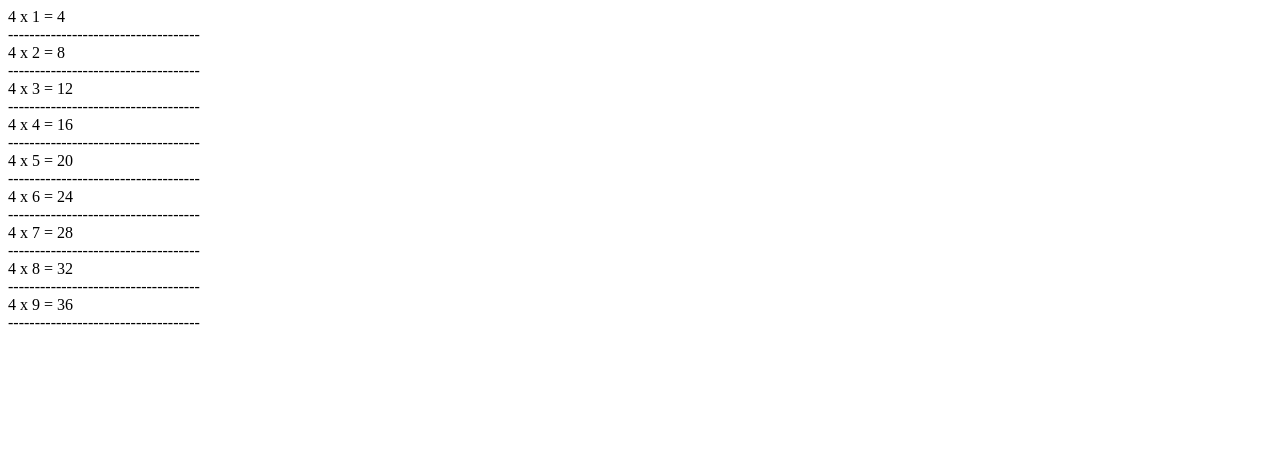
Repository: bbseok97/HTML
Page: http://localhost/jspbasic/01.scriptlet02.jsp
These files come from the project's save history. The page is drawn as it stood at one moment and after a run of saves; the edit follows.
The browser window is 1280 px wide. The pictures show the whole page.
The page is served by Tomcat 9. Other server files are loaded and not shown.

Above is the page before, as saved 2024-04-04 07:18:39.

### jspbasic/src/main/webapp/01.scriptlet02.jsp
<%@ page language="java" contentType="text/html; charset=UTF-8"
    pageEncoding="UTF-8"%>
<!DOCTYPE html>
<html>
	<head>
		<meta charset="UTF-8">
		<title>01.scriptlet02.jsp</title>
	</head>
	<body>
		<%
		//	ou.tprintln(), break를 사용하여 구구단 4단
		int i = 1;
		while(true){
			out.println(" 4 x "+i+" = "+4*i+"<br>");
			//out.println("=============================<br>");
		%>
		------------------------------------<br>
		<%
			if(i == 9){
				break;
			}
			i++;
		}
		%>
	</body>
</html>

After the next 3 saves:
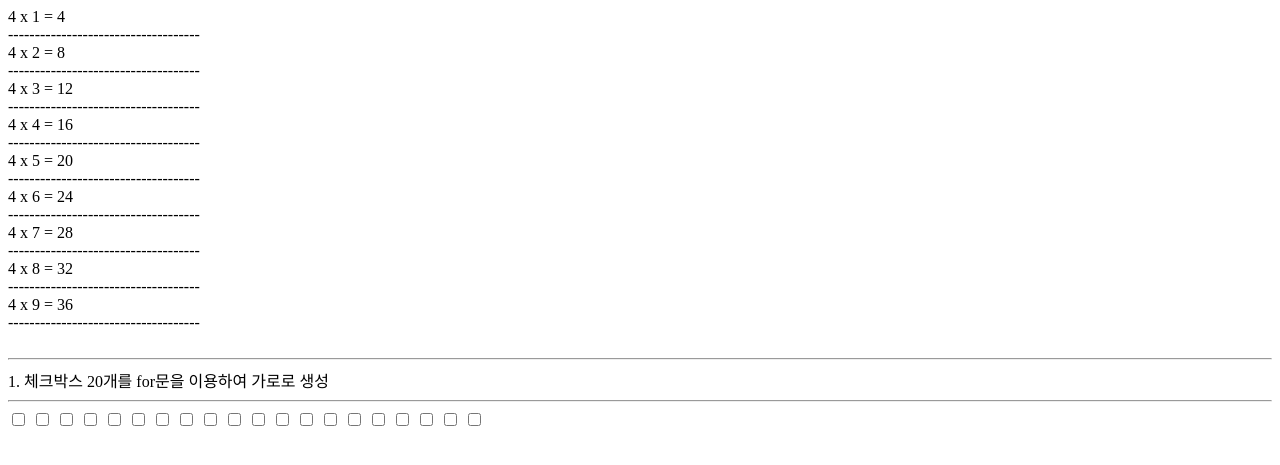
The 3 saves are shown as one change because 2 did not build or start.
The last was saved 29 min 51 s later.
--- a/jspbasic/src/main/webapp/01.scriptlet02.jsp
+++ b/jspbasic/src/main/webapp/01.scriptlet02.jsp
@@ -22,5 +22,20 @@
 			i++;
 		}
 		%>
+		<br>
+		<hr>
+		1. 체크박스 20개를 for문을 이용하여 가로로 생성
+		<form action="">
+			<hr>
+		<%
+			for(int j=1; j<=20; j++){
+		%>
+			<input type="checkbox" name="test">
+		<%
+			}
+		%>
+
+
+		</form>
 	</body>
 </html>
